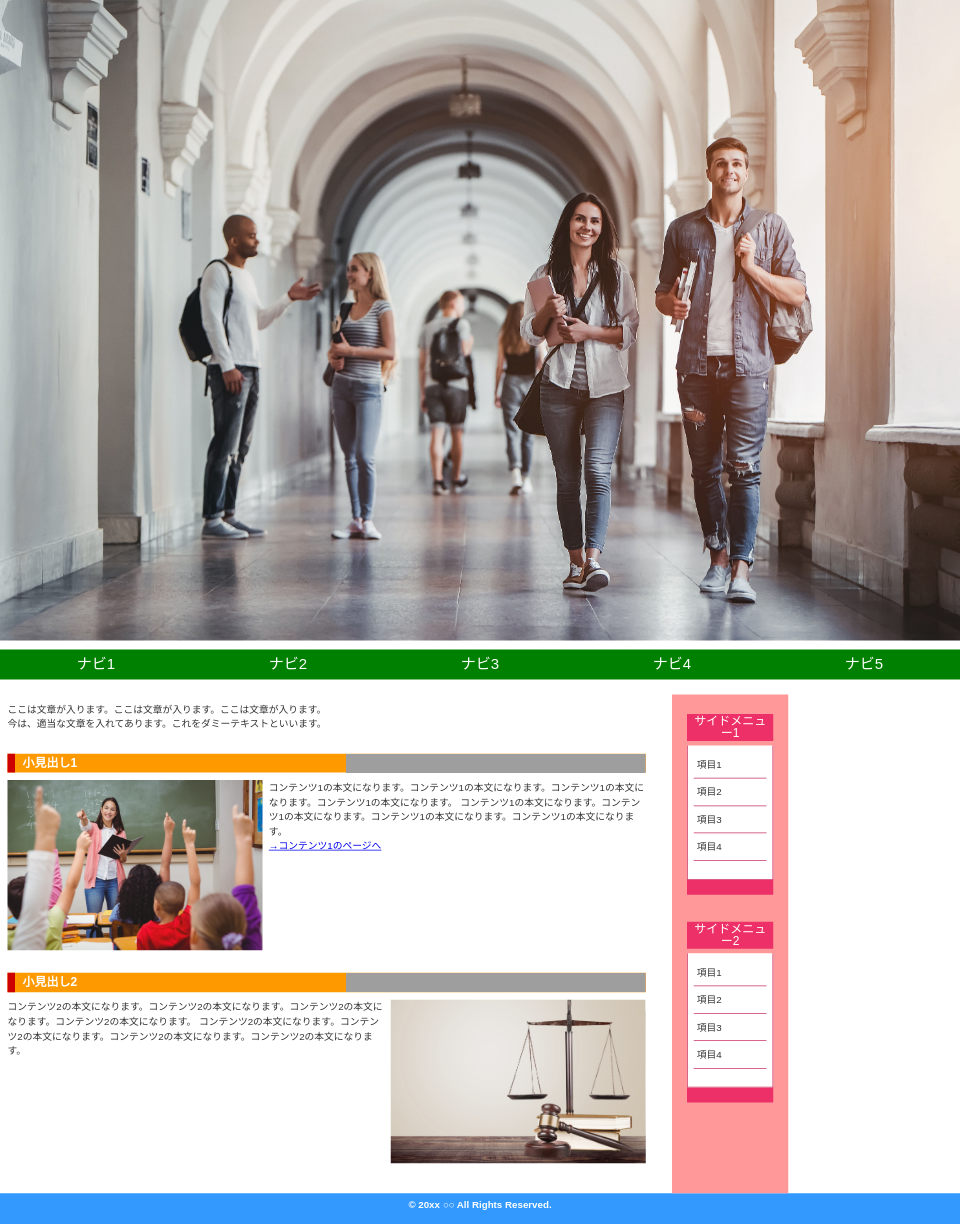
Repository: kaiji0502/samurai_HTML-CSS
Page: home.html
The author's editor kept a record of every edit. The page is drawn from the files as they stood at one moment, then again after the next edit.
The browser window is 1280 px wide. The pictures show the whole page, at 75% of full size.
Pictures or frames that could not be fetched are drawn as grey boxes.

Above is the page before.

### home.html
<!DOCTYPE html>
<html lang="ja">

<head>
    <meta charset="UTF-8">
    <title>HTML/CSSの学習</title>
    <link rel="stylesheet" href="stylesheet.css">
</head>

<body>
    <div id="header">
        <h1><a href="index.html"><img id="corridor" src="images/corridor.jpg" alt="大学の廊下" /></a></h1>
    </div>
    <div id="wrapper">
        <div id="nav">
            <ul>
                <li><a href="home.html">ナビ1</a></li>
                <li><a href="#">ナビ2</a></li>
                <li><a href="#">ナビ3</a></li>
                <li><a href="#">ナビ4</a></li>
                <li><a href="#">ナビ5</a></li>
            </ul>
        </div>
        <div id="container">
            <div id="main">
                <div class="post">
                    <p>ここは文章が入ります。ここは文章が入ります。ここは文章が入ります。<br />今は、適当な文章を入れてあります。これをダミーテキストといいます。</p>
                </div>
                <div class="post clearfix">
                    <h2>小見出し1</h2>
                    <img class="left" src="images/classroom.jpg" alt="授業風景" />
                    <p>
                        コンテンツ1の本文になります。コンテンツ1の本文になります。コンテンツ1の本文になります。コンテンツ1の本文になります。 コンテンツ1の本文になります。コンテンツ1の本文になります。コンテンツ1の本文になります。コンテンツ1の本文になります。
                    </p>
                    <p><a href="#">→コンテンツ1のページへ</a></p>
                </div>
                <div class="post clearfix">
                    <h2>小見出し2</h2>
                    <img class="right" src="images/scale.jpg" alt="天秤" />
                    <p>
                        コンテンツ2の本文になります。コンテンツ2の本文になります。コンテンツ2の本文になります。コンテンツ2の本文になります。 コンテンツ2の本文になります。コンテンツ2の本文になります。コンテンツ2の本文になります。コンテンツ2の本文になります。
                    </p>
            </div>
        </div>
        <div id="side">
            <div class="box">
                <h2>サイドメニュー1</h2>
                <div class="boxBody">
                    <ul>
                        <li>項目1</li>
                        <li>項目2</li>
                        <li>項目3</li>
                        <li>項目4</li>
                    </ul>
                </div>
            </div>
            <div class="box">
                <h2>サイドメニュー2</h2>
                <div class="boxBody">
                    <ul>
                        <li>項目1</li>
                        <li>項目2</li>
                        <li>項目3</li>
                        <li>項目4</li>
                    </ul>
                </div>
            </div>
        </div>
    </div>
    </div>
    <div id="footer">
        <p>&copy; 20xx ○○ All Rights Reserved.</p>
    </div>
</body>

</html>

### stylesheet.css
@charset "utf-8";

body {
	margin: 0;
	padding: 0;
	font-family: "ヒラギノ角ゴ Pro W3", "Hiragino Kaku Gothic Pro", "メイリオ", Meiryo, Osaka, "ＭＳ Ｐゴシック", "MS PGothic", sans-serif;
	color: #333;
	font-size: 13px;
	line-height: 150%;
}

/* -------------------- wrapper -------------------- */
#wrapper {
	width: 100%;
	margin: auto;
	padding: 0px;
	border: 0px;
	background-color: #FFF;
	top: 10px;
	position: relative;
}

/* -------------------- header -------------------- */
#header {
	width: 100%;
}
#header h1 {
	margin: 0;
	padding: 0;
}

#corridor {
	width: 100%;
	height: auto;
}

/* -------------------- footer -------------------- */
#footer {
	clear: both;
	width: 100%;
	padding: 3px 0 3px 0;
	background: #39F;
	color: #FFF;
	font-weight: bold;
	text-align: center;
}

/* -------------------- nav -------------------- */
#nav {
	width: 100%;
}
#nav ul {
	display: flex;
	margin: 0;
	padding: 0;
	list-style-type: none;
}
#nav ul li {
	/*float: left;*/
	width: 20%;
	text-align: center;
}
#nav ul li a {
	display: block;
	height: 20px;
	margin: 0;
	padding: 10px;
	color: #FFF;
	font-size: 20px;
	text-decoration: none;
	background-color: green;
}


#nav ul li a:hover{
	filter: drop-shadow(10px 10px 10px black);
}

/* -------------------- container -------------------- */
#container {
	width: 100%;
	margin: auto ;
	padding: auto;
	padding-top: 20px;
	clear: both;
	display: grid;
	grid-template-columns:70vw 30vw;
}
/* -------------------- main -------------------- */
#main {
	width: 95%;
	/*float: left;*/
	/*width: 60%;*/
	padding: 10px 30px 10px 10px;
}
#main h2 {
	margin: 0 0 10px 0;
	padding: 3px 10px 3px 10px;
	color: #FFF;
	font-size: 16px;
	border-left: solid 10px #C00;
	background: #F90 url(../images/main_h2.jpg) right top repeat-y;
}
#main p {
	margin: 0;
	padding: 0;
}
#main .post {
	margin: 0 0 30px 0;
}

#main .post img.right {
	margin: 0 0 0 8px;
}
#main .post img.left {
	margin: 0 8px 0 0;
}

.right {
	float: right;
	width: 40%;
	height: auto;
}
.left {
	float: left;
	width: 40%;
	height: auto;
}

/* -------------------- clearfix -------------------- */
.clearfix {
	zoom: 1;
}
.clearfix:after{
	content: "";
	display: block;
	clear: both;
}

/* -------------------- side -------------------- */
#side {
	float: right;
	width: 30%;
	padding: 20px;
	background-color: #F99;
}
#side .box {
	margin: 0 auto 30px auto;
	padding: 0 0 20px 0;
	background: url(images/side_box.png) bottom no-repeat;
}
#side .box h2 {
	margin: 0;
	padding: 8px;
	text-align: center;
	color: #fff;
	font-size: 16px;
	line-height: 16px;
	font-weight: normal;
	background: url(images/side_box_h2.png) center no-repeat;
}
#side .box .boxBody {
	padding: 8px;
	border-right: solid 1px #C36;
	border-bottom: solid 1px #C36;
	border-left: solid 1px #C36;
	background: #fff;
}
#side .box .boxBody ul {
	margin: 0 0 16px 0;
	padding: 0;
}
#side .box .boxBody ul li {
	padding: 8px 0 8px 4px;
	list-style: none;
	border-bottom: solid 1px #C36;
}

#side .box .boxBody ul li:hover{
	padding:8px 0 8px 4px;
	list-style: none;
	border-bottom: solid 1px #C36;
	box-shadow: 0px 4px 4px rgba(0,0,0,0.3);

}

After the next edit:
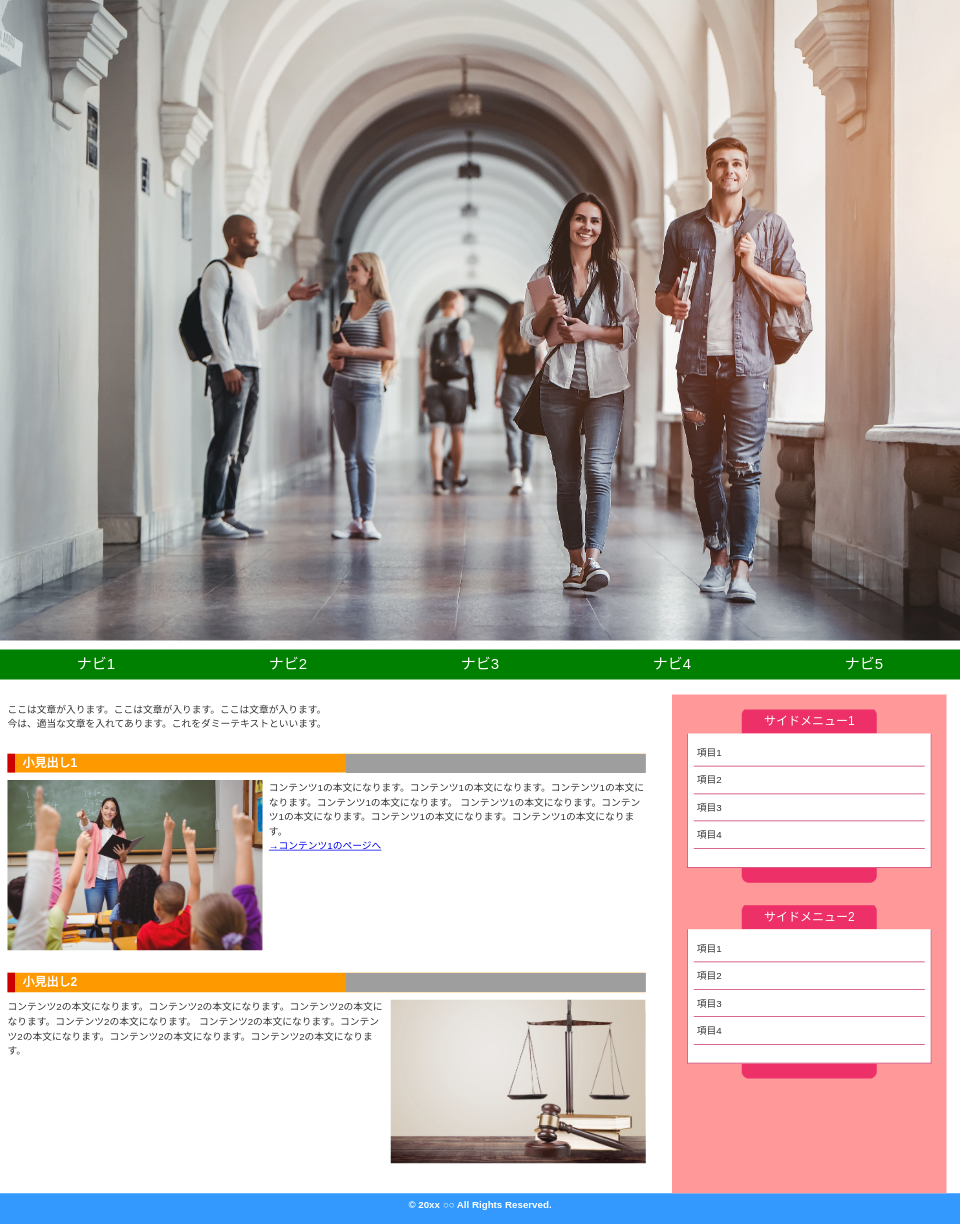
The edit:
--- a/stylesheet.css
+++ b/stylesheet.css
@@ -10,6 +10,7 @@
 }
 
 /* -------------------- wrapper -------------------- */
+
 #wrapper {
 	width: 100%;
 	margin: auto;
@@ -21,9 +22,11 @@
 }
 
 /* -------------------- header -------------------- */
+
 #header {
 	width: 100%;
 }
+
 #header h1 {
 	margin: 0;
 	padding: 0;
@@ -35,6 +38,7 @@
 }
 
 /* -------------------- footer -------------------- */
+
 #footer {
 	clear: both;
 	width: 100%;
@@ -46,20 +50,24 @@
 }
 
 /* -------------------- nav -------------------- */
+
 #nav {
 	width: 100%;
 }
+
 #nav ul {
 	display: flex;
 	margin: 0;
 	padding: 0;
 	list-style-type: none;
 }
+
 #nav ul li {
 	/*float: left;*/
 	width: 20%;
 	text-align: center;
 }
+
 #nav ul li a {
 	display: block;
 	height: 20px;
@@ -72,27 +80,31 @@
 }
 
 
-#nav ul li a:hover{
+#nav ul li a:hover {
 	filter: drop-shadow(10px 10px 10px black);
 }
 
 /* -------------------- container -------------------- */
+
 #container {
 	width: 100%;
-	margin: auto ;
+	margin: auto;
 	padding: auto;
 	padding-top: 20px;
 	clear: both;
 	display: grid;
-	grid-template-columns:70vw 30vw;
-}
+	grid-template-columns: 70vw 30vw;
+}
+
 /* -------------------- main -------------------- */
+
 #main {
 	width: 95%;
 	/*float: left;*/
 	/*width: 60%;*/
 	padding: 10px 30px 10px 10px;
 }
+
 #main h2 {
 	margin: 0 0 10px 0;
 	padding: 3px 10px 3px 10px;
@@ -101,10 +113,12 @@
 	border-left: solid 10px #C00;
 	background: #F90 url(../images/main_h2.jpg) right top repeat-y;
 }
+
 #main p {
 	margin: 0;
 	padding: 0;
 }
+
 #main .post {
 	margin: 0 0 30px 0;
 }
@@ -112,6 +126,7 @@
 #main .post img.right {
 	margin: 0 0 0 8px;
 }
+
 #main .post img.left {
 	margin: 0 8px 0 0;
 }
@@ -121,6 +136,7 @@
 	width: 40%;
 	height: auto;
 }
+
 .left {
 	float: left;
 	width: 40%;
@@ -128,27 +144,33 @@
 }
 
 /* -------------------- clearfix -------------------- */
+
 .clearfix {
 	zoom: 1;
 }
-.clearfix:after{
+
+.clearfix:after {
 	content: "";
 	display: block;
 	clear: both;
 }
 
 /* -------------------- side -------------------- */
+
 #side {
-	float: right;
-	width: 30%;
+	width: 85%;
+	/*float: right;*/
+	/*width: 30%;*/
 	padding: 20px;
 	background-color: #F99;
 }
+
 #side .box {
 	margin: 0 auto 30px auto;
 	padding: 0 0 20px 0;
 	background: url(images/side_box.png) bottom no-repeat;
 }
+
 #side .box h2 {
 	margin: 0;
 	padding: 8px;
@@ -159,6 +181,7 @@
 	font-weight: normal;
 	background: url(images/side_box_h2.png) center no-repeat;
 }
+
 #side .box .boxBody {
 	padding: 8px;
 	border-right: solid 1px #C36;
@@ -166,20 +189,22 @@
 	border-left: solid 1px #C36;
 	background: #fff;
 }
+
 #side .box .boxBody ul {
 	margin: 0 0 16px 0;
 	padding: 0;
 }
+
 #side .box .boxBody ul li {
 	padding: 8px 0 8px 4px;
 	list-style: none;
 	border-bottom: solid 1px #C36;
 }
 
-#side .box .boxBody ul li:hover{
-	padding:8px 0 8px 4px;
+#side .box .boxBody ul li:hover {
+	padding: 8px 0 8px 4px;
 	list-style: none;
 	border-bottom: solid 1px #C36;
-	box-shadow: 0px 4px 4px rgba(0,0,0,0.3);
-
-}
+	box-shadow: 0px 4px 4px rgba(0, 0, 0, 0.3);
+
+}
